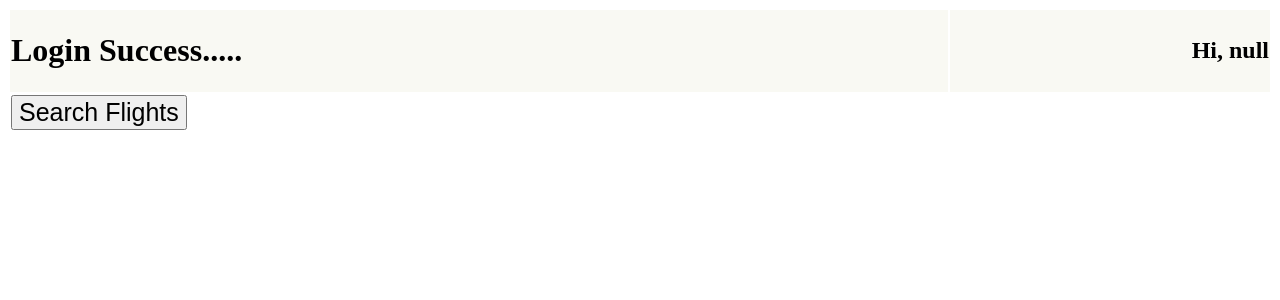
Repository: KanimozhiThandapani/Phase2AirlineBookingProject
Page: http://localhost/AirlineBooking/home.jsp
An editor plug-in stored every save of this project. The page is shown before and after the next save, followed by the edit.
The browser window is 1280 px wide. The pictures show the whole page.
The page is served by Tomcat 9.

Above is the page before, as saved 2022-04-22 12:45:35.

After the next save:
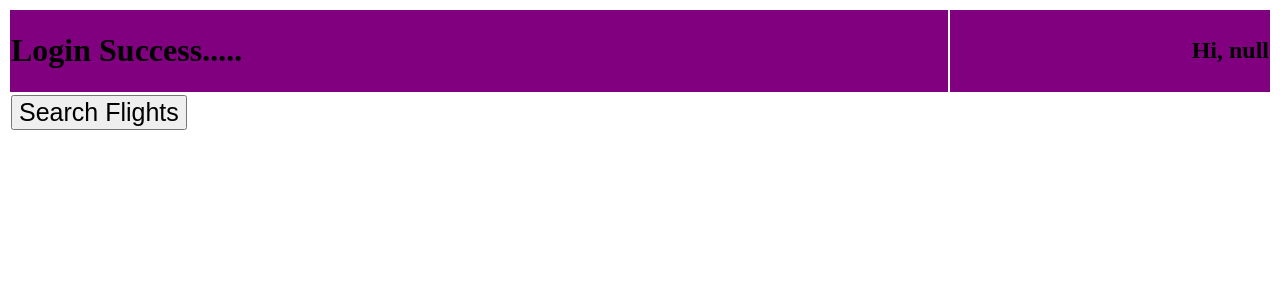
Saved 2 min 39 s later.
--- a/AirlineBooking/WebContent/home.jsp
+++ b/AirlineBooking/WebContent/home.jsp
@@ -10,7 +10,7 @@
 <body>
 <form action=homePage method="get">
 <table width="100%">
- <tr bgcolor=F9F9F3>
+ <tr bgcolor=purple>
   <td align="left"><h1>Login Success.....</h1></td>
   <td align="right">
   <h2>
